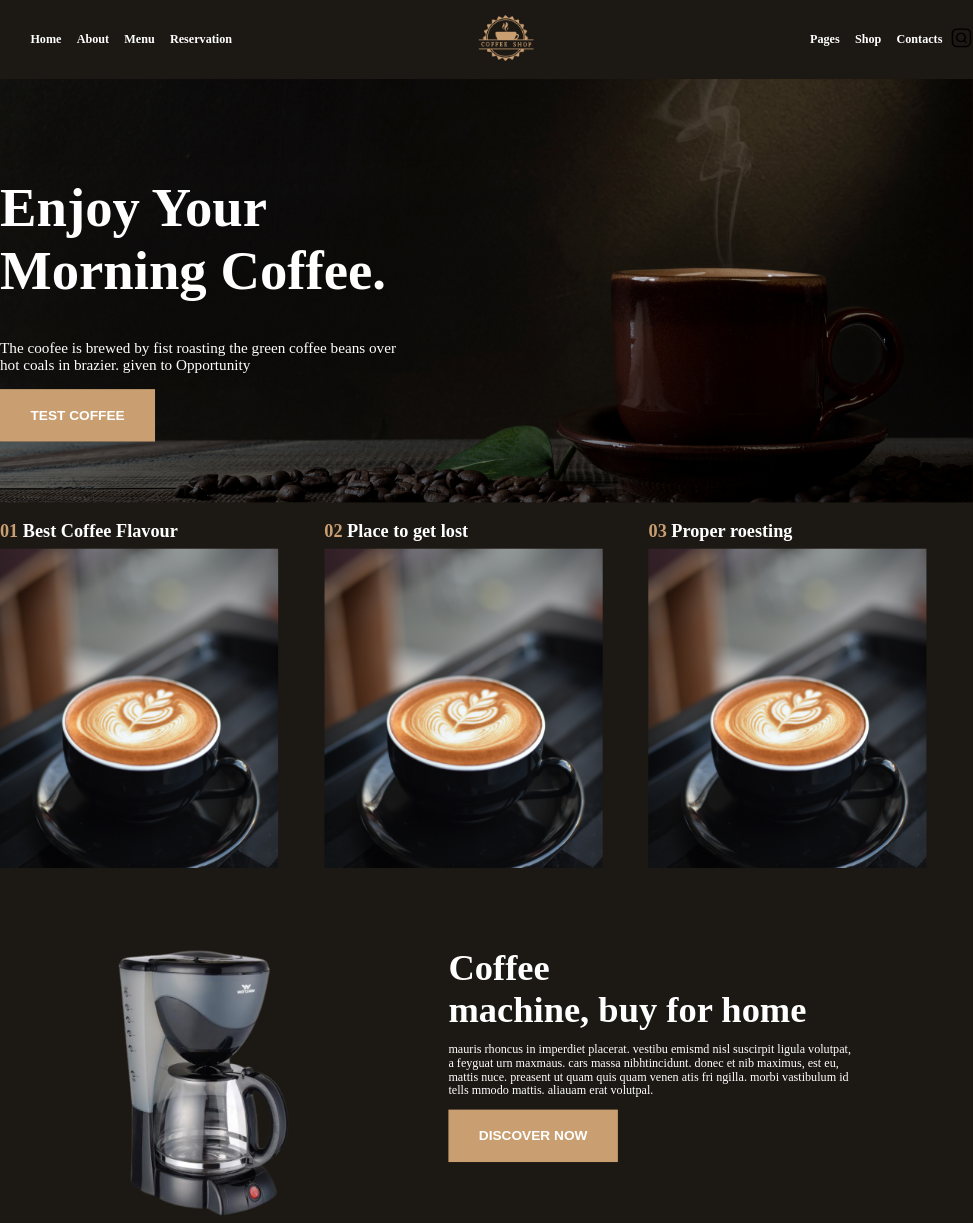
Repository: SitoraRashidova/CoffeShop_Figma
Page: /
An editor plug-in stored every save of this project. The page is shown before and after a run of saves, followed by the edit.
The browser window is 1280 px wide. The pictures show the whole page, at 76% of full size.
The project was rebuilt for these pictures with package versions that can differ from the ones it lists, and the page was loaded fresh each time. Also part of the build but not shown: vite.config.js.

Above is the page before, as saved 2024-11-25 00:06:21.

### src/index.css
/* :root {
  font-family: Inter, system-ui, Avenir, Helvetica, Arial, sans-serif;
  line-height: 1.5;
  font-weight: 400;

  color-scheme: light dark;
  color: rgba(255, 255, 255, 0.87);
  background-color: #242424;

  font-synthesis: none;
  text-rendering: optimizeLegibility;
  -webkit-font-smoothing: antialiased;
  -moz-osx-font-smoothing: grayscale;
} */

body{
  margin: 0;
  background-color: #1C1814;
}

*{
  box-sizing: border-box;
}


.container {
  width: 100%;
  max-width: 1296px;
  margin: 0 auto;
}

/* Header uchun style */

.header{
  background-color: #1C1814;
  padding: 20px 0;
}

.header-wrapper{
  display: flex;
  align-items: center;
  justify-content: space-between;
}

.navbar{
  display: flex;
  align-items: center;
  justify-content: space-between;
  gap: 10px;
}

.nav-list{
  display: flex;
  align-items: center;
  justify-content: space-between;
  gap: 20px;
}

.nav-list__item{
  list-style: none;
}

.nav-list__item-link{
  color: white;
  text-decoration: none;
  font-weight: 600;
}

.search-box__logo{
  width: 30px;
  height: 30px;
}

/* Hero uchun style */

.hero{
  width: 100%;
  height: auto;
  background-image: url('./assets/hero-logo.png');
  background-size: cover;
  background-repeat: no-repeat;
}

.hero-content{
  width: 100%;
  max-width: 529px;
  padding: 80px 0;
}

.hero-content__title{
  font-size: 72px;
  color: #fff;
}

.hero-content__desc{
  font-size: 20px;
  color: #fff;
}

.hero-btn{
  padding: 24px 40px;
  font-weight: 700;
  font-size: 18px;
  border: none;
  background-color: #C99E71;
  color: #fff;
}

/* type Coffee uchun style */

.type-coffee{
  display: grid;
  grid-template-columns: 1fr 1fr 1fr;
  margin-bottom: 100px;
}

.type-coffee__title{
   font-size: 24px;
   margin-bottom: 10px;
   color: #fff;
}

.type-coffee__title b{
  color: #C99E71;
}

.type-coffee_image{
  width: 366px;
  height: 420px;
}


/* DISCOWER */

.discower-wrapper{
  display: flex;
  justify-content: space-between;
  gap: 80px;
  width: 100%;
  max-width: 970px;
  margin: 0 auto;
}

.discower-wrapper h3{
  margin: 0 0 10px 0;
  font-size: 48px;
  color: white;
}

.discower-wrapper p{
  font-size: 16px;
  color: white;
}

.discover-card{
  width: 100%;
  max-width: 535px;
}

### src/App.jsx
import "./App.css";
import DiscowerCoffee from "./components/discower-coffee";
import Header from "./components/header";
import Hero from "./components/hero";
import TypeCofee from "./components/type-coffee";

function App() {
  return (
    <>
      <Header />
      <Hero />
      <TypeCofee />
      <DiscowerCoffee/>
    </>
  );
}

export default App;

### src/App.css
*{
  box-sizing: border-box;
}

/* Header uchun style */

.container {
  width: 100%;
  max-width: 1296px;
  margin: 0 auto;
}

### src/components/discower-coffee.tsx
import React from "react";
import BlenderImage from '../assets/blender.png'

const DiscowerCoffee = () => {
  return (
    <div className="container">
      <div className="discower-wrapper">
        <div>
          <img src={BlenderImage} alt="Coffee machine, buy for home" />
        </div>
        <div className="discover-card">
          <h3>Coffee <br /> machine, buy for home</h3>
          <p>
            mauris rhoncus in imperdiet placerat. vestibu emismd nisl suscirpit
            ligula volutpat, a feyguat urn maxmaus. cars massa nibhtincidunt.
            donec et nib maximus, est eu, mattis nuce. preasent ut quam quis
            quam venen atis fri ngilla. morbi vastibulum id tells mmodo mattis.
            aliauam erat volutpal.
          </p>
          <button className="hero-btn">DISCOVER NOW</button>
        </div>
      </div>
    </div>
  );
};

export default DiscowerCoffee;

### src/components/header.jsx
import Logo from "../assets/Logo.png";
import SearchLogo from '../assets/search-logo.png'

const Header = () => {
  return (
    <header className="header">
      <div className="container">
        <div className="header-wrapper">
          <nav>
            <ul className="nav-list">
              <li className="nav-list__item">
                <a className="nav-list__item-link" href="/home">
                  Home
                </a>
              </li>
              <li className="nav-list__item">
                <a className="nav-list__item-link" href="/about">
                  About
                </a>
              </li>
              <li className="nav-list__item">
                <a className="nav-list__item-link" href="/menu">
                  Menu
                </a>
              </li>
              <li className="nav-list__item">
                <a className="nav-list__item-link" href="/Reservation">
                  Reservation
                </a>
              </li>
            </ul>
          </nav>
          <div>
            <img src={Logo} alt="web site logo" />
          </div>
          <nav className="navbar">
            <ul className="nav-list">
              <li className="nav-list__item">
                <a className="nav-list__item-link" href="/home">
                  Pages
                </a>
              </li>
              <li className="nav-list__item">
                <a className="nav-list__item-link" href="/about">
                  Shop
                </a>
              </li>
              <li className="nav-list__item">
                <a className="nav-list__item-link" href="/menu">
                  Contacts
                </a>
              </li>
            </ul>
            <div className="search-box">
            <img className="search-box__logo" src={SearchLogo} alt="" />
            </div>
          </nav>
        </div>
      </div>
    </header>
  );
};

export default Header;

### src/components/hero.jsx


const Hero = () => {
  return (
    <div className="hero">
        <div className="container">
           <div className="hero-content">
            <h1 className="hero-content__title">Enjoy Your
            Morning Coffee.</h1>
            <p className="hero-content__desc">The coofee is brewed by fist roasting the green coffee beans over hot coals in brazier. given to Opportunity</p>
            <button className="hero-btn">TEST COFFEE</button>
           </div>
        </div>
    </div>
  )
}

export default Hero

### src/components/type-coffee.jsx
import CoffeeImage from '../assets/coffee-one.png'


const TypeCofee = () => {
  return (
    <div className="container">
        <div className="type-coffee">
            <div>
                <h3 className='type-coffee__title'><b className=''>01</b> Best Coffee Flavour</h3>
                <img className='type-coffee_image' src={CoffeeImage} alt="Best Coffee Flavour" />
            </div>
            <div>
                <h3 className='type-coffee__title'><b className=''>02</b> Place to get lost</h3>
                <img className='type-coffee_image' src={CoffeeImage} alt="Best Coffee Flavour" />
            </div>
            <div>
                <h3 className='type-coffee__title'><b className=''>03</b> Proper roesting</h3>
                <img className='type-coffee_image' src={CoffeeImage} alt="Best Coffee Flavour" />
            </div>
        </div>
    </div>
  )
}

export default TypeCofee

Loaded but not shown: index.html (common file); src/main.jsx (common file)

After the next 2 saves:
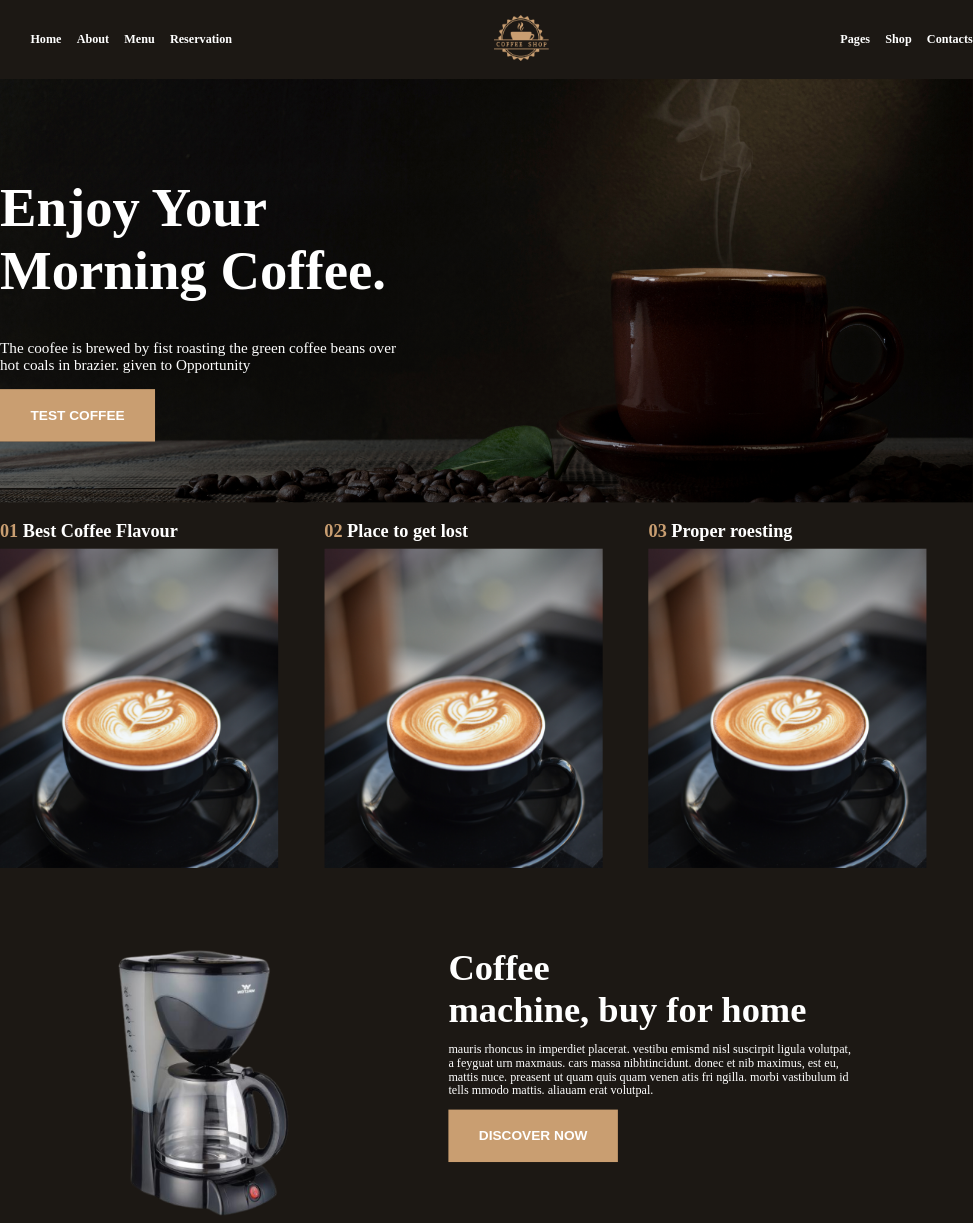
The 2 saves are shown as one change because they came seconds apart.
The last was saved 2 min 16 s later.
--- a/src/components/header.jsx
+++ b/src/components/header.jsx
@@ -1,5 +1,4 @@
 import Logo from "../assets/Logo.png";
-import SearchLogo from '../assets/search-logo.png'
 
 const Header = () => {
   return (
@@ -51,9 +50,6 @@ const Header = () => {
                 </a>
               </li>
             </ul>
-            <div className="search-box">
-            <img className="search-box__logo" src={SearchLogo} alt="" />
-            </div>
           </nav>
         </div>
       </div>
